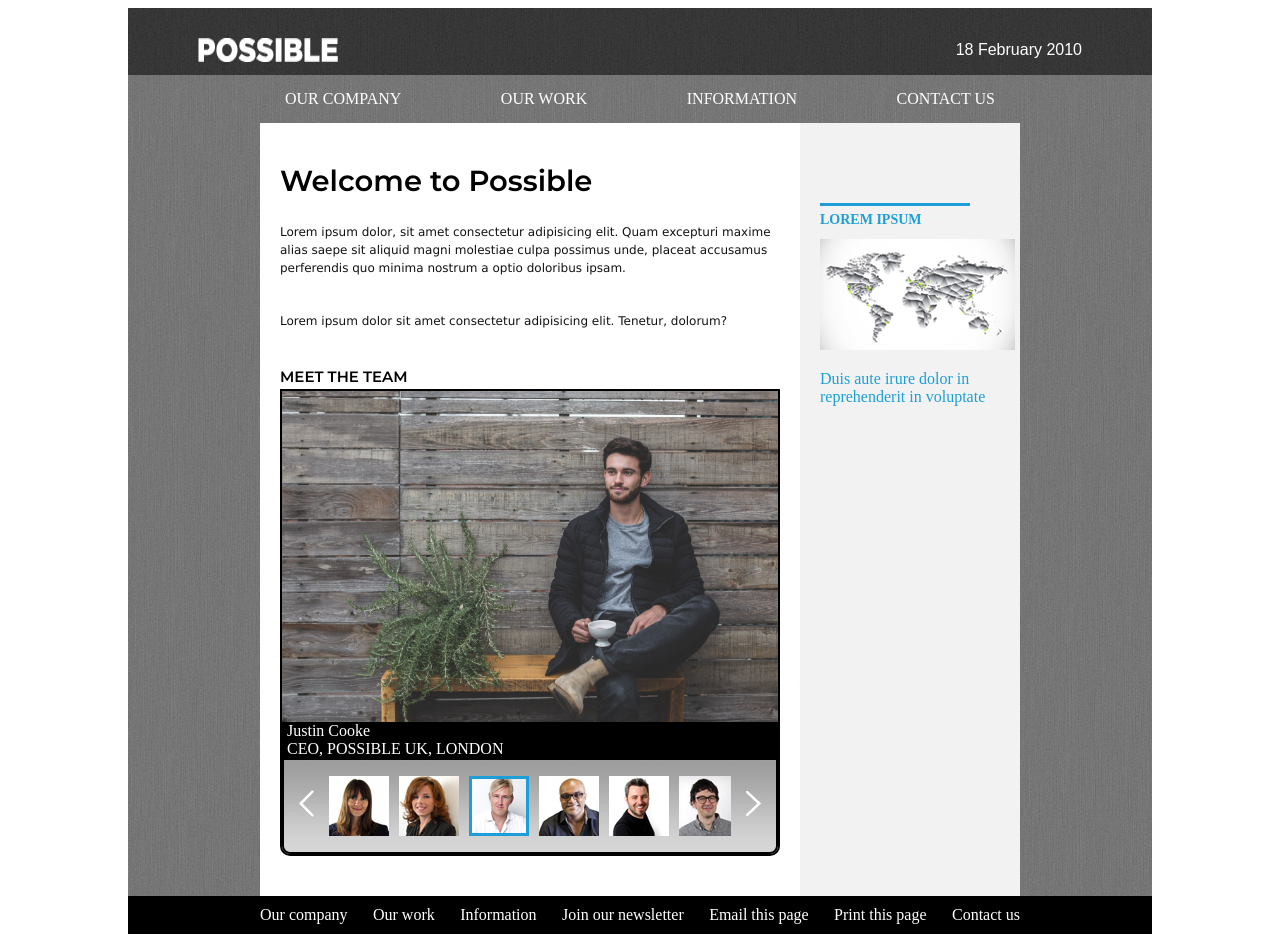
Repository: grzegorzgebala/possible-site
Page: index.html
An editor plug-in stored every save of this project. The page is shown before and after the next save, followed by the edit.
The browser window is 1280 px wide. The pictures show the whole page.
The style sheet was rebuilt from its Sass, Less or Tailwind sources for each picture, by a compiler version that may differ from the author's.

Above is the page before, as saved 2020-02-16 16:59:46.
Console error: TypeError: Cannot read properties of null (reading 'children')

### index.html
<!DOCTYPE html>
<html>
	<head>
        <meta charset="utf-8">
        <link href="https://fonts.googleapis.com/css?family=Montserrat:600&display=swap" rel="stylesheet">
		<link rel="stylesheet" type="text/css" href="css/style.css">
		<title>Possible page</title>
	</head>
	<body>
        <div class="container">
            <header>
                <img src="images/logo.png" alt="possible logo">
                <div class="date">18 February 2010</div>
            </header>
            <nav class="menu">
                <ul>
                    <li>our company</li>
                    <li>our work</li>
                    <li>information</li>
                    <li>contact us</li>
                </ul>
            </nav>
            <div class="mainSite">
                <div class="leftSide">
                    <div class="welcome">Welcome to Possible</div>
                    <article>Lorem ipsum dolor, sit amet consectetur adipisicing elit. Quam excepturi maxime alias saepe sit aliquid magni molestiae culpa possimus unde, placeat accusamus perferendis quo minima nostrum a optio doloribus ipsam.</article>
                    <article>Lorem ipsum dolor sit amet consectetur adipisicing elit. Tenetur, dolorum?</article>
                    <div class="meetTitle">Meet the team</div>
                    <div class="carousel">
                        <img id="big" src="/images/employees/picture1.png" alt="possible logo">
                        <div class="descriptor">
                            <div>Justin Cooke</div>
                            <div>CEO, POSSIBLE UK, LONDON</div>
                        </div>
                        <div class="miniatures">
                            <button onclick="myFunc()" class="leftArrow arrow">
                                <img src="/images/icons/leftArrow.png" alt="leftArrow">
                            </button>
                            <div class="miniaturesContainer">
                                <ul>
                                    <li>
                                        <div class="pictureContainer"></div>
                                        <img src="/images/employees/min1.png" alt="person1">
                                    </li>
                                    <li>
                                        <div class="pictureContainer"></div>
                                        <img id="2" src="/images/employees/min2.png" alt="person2">
                                    </li>
                                    <li>
                                        <div class="activeImg"></div>
                                        <img id="3" src="/images/employees/min3.png" alt="person3">
                                    </li>
                                    <li>
                                        <div class="pictureContainer"></div>
                                        <img id="4" src="/images/employees/min4.png" alt="person4">
                                    </li>
                                    <li>
                                        <div class="pictureContainer"></div>
                                        <img id="5" src="/images/employees/min5.png" alt="person5">
                                    </li>
                                    <li>
                                        <div class="pictureContainer"></div>
                                        <img id="6" src="/images/employees/min6.png" alt="person6">
                                    </li>
                                    <li>
                                        <div class="pictureContainer"></div>
                                        <img src="/images/employees/min7.png" alt="person7">
                                    </li>
                                    <li>
                                        <div class="pictureContainer"></div>
                                        <img src="/images/employees/min8.png" alt="person8">
                                    </li>
                                    <li>
                                        <div class="pictureContainer"></div>
                                        <img src="/images/employees/min9.png" alt="person9">
                                    </li>
                                    <li>
                                        <div class="pictureContainer"></div>
                                        <img src="/images/employees/min10.png" alt="person10">
                                    </li>
                                </ul>
                            </div>
                            <button onclick="myFunc()" class="rightArrow arrow">
                                <img src="/images/icons/rightArrow.png" alt="rightArrow">
                            </button>
                        </div>
                    </div>
                </div>
                <div class="rightSide">
                    <div class="rightTitle">lorem ipsum</div>
                    <img src="/images/map.png" alt="map">
                    <p>Duis aute irure dolor  in reprehenderit in voluptate</p>
                </div>
            </div>
            <footer>
                <ul>
                    <li>our company</li>
                    <li>our work</li>
                    <li>information</li>
                    <li>join our newsletter</li>
                    <li>email this page</li>
                    <li>print this page</li>
                    <li>contact us</li>
                </ul>
            </footer>
        </div>
    </body>
    <script type="text/javascript" src="/js/script.js"></script>
</html>

### js/script.js
// const click1 = document.getElementById("1");
// const click2 = document.getElementById("2");
// const click3 = document.getElementById("3");
// const big = document.getElementById("big");

// click1.addEventListener('click', (click) => {
//     console.log(click);
//     big.setAttribute('src', '/images/employees/picture2.png');
// })

// function myFunc() {
//     console.log('Jestem w myFunc');
//     document.getElementById("big").setAttribute('src', '/images/employees/picture2.png');
// }

const track = document.querySelector('.carouselTrack');
const slides = Array.from(track.children);
const nextButton = document.querySelector('.rightArrow');
const prevButton = document.querySelector('.leftArrow');

const slideWidth = slides[0].getBoundingClientRect().width;
console.log(slideWidth);

slides[0].style.left = slideWidth * 0 + 'px';

// when I click left, move slides to the left
// when I click right move slide to the right

### sass/style.scss
// variables
$menuElementsColor: #ffffff;
$contentElementsColor: #000000;
$footerBackgroundColor: #000000;
$menuHooverColor: #000000;
$activeMenuColor: #1d9ed9;
$sideMenuColor: #1d9ed9;
$fontMenu: "Proxima Nova";
$leftSideBackgroundColor: #ffffff;
$rightSideBackgroundColor: #f2f2f2;
$contentHeaderFont: "Montserrat", sans-serif;;
$contentDescriptionFont: "Verdana";
$contentColor: #121212;

// page style
.container {
    max-width: 1024px;
    margin: 0 auto;
    background-image: url("/images/mainBackground.png");
}

// header style
header {
    background-image: url("/images/backgroundHeader.png");
    display: flex;
    justify-content: space-between;
    padding: 30px 70px 13px 70px;

    .date {
        color: $menuElementsColor;
        // font-size: 12px;
        line-height: 24px;
        font-family: "Arial";
        // font-weight: bold;
    }
}

// menu
.menu ul {
    max-width: 760px;
    margin: 5px auto;
    display: flex;
    justify-content: space-between;
    list-style-type: none;
    color: $menuElementsColor;
    text-transform: uppercase;
    padding: 0;

    :hover {
        background-color: $menuHooverColor;
        color: $activeMenuColor;
        cursor: pointer;
    }

    li {
        padding: 10px 25px;
    }
}

// main content
.mainSite {
    max-width: 760px;
    margin: 0 auto;
    display: flex;
    justify-content: center;
    flex-direction: row;

    .leftSide {
        width: 100%;
        max-width: 500px;
        background-color: $leftSideBackgroundColor;
        padding: 40px 20px;

        .welcome {
            font-family: $contentHeaderFont;
            margin: 0;
            font-size: 29px;
            font-weight: bold;
        }

        article {
            font-family: $contentDescriptionFont;
            font-size: 12px;
            line-height: 18px;
            color: $contentColor;
            margin-top: 25px;
            margin-bottom: 35px;
        }
        .meetTitle {
            font-size: 15px;
            line-height: 24px;
            text-transform: uppercase;
            color: $contentElementsColor;
            font-family: $contentHeaderFont;
        }

        .descriptor {
            background-color: black;
            padding-left: 5px;

            div {
                color: white;
            }
        }

        .carousel {
            display: flex;
            flex-direction: column;
            border: 2px solid black;
            border-bottom-left-radius: 10px;
            border-bottom-right-radius: 10px;

            .miniatures {
                overflow: hidden;
                background-image: url("/images/carouseleBackground.png");
                display: flex;
                // justify-content: space-between;
                // align-items: center;
                // padding: 20px 15px;
                border: 2px solid black;
                border-bottom-left-radius: 8px;
                border-bottom-right-radius: 8px;

                ul {
                    display: flex;
                    // justify-content: space-between;
                    // align-items: center;
                    list-style-type: none;
                    // width: 100%;
                    padding: 0;

                    li {
                        // margin: 0 3px;
                        margin-right: 10px;
                        height: 60px;
                        width: 60px;
                        img {

                            // width: 100%;
                            object-fit: cover;
                        }
                    }
                }

                .pictureContainer {
                    // width: 60px;
                    // height: 60px;
                    // position: absolute;
                    // z-index: 1;
                    // background: black;
                    // opacity: .3;
                }

                .activeImg {
                    position: absolute;
                    z-index: 1;
                    width: 54px;
                    height: 54px;
                    border: 3px solid $sideMenuColor;
                }

                .miniaturesContainer {
                    max-width: 500px;
                    overflow: hidden;
                }

                .arrow {
                    margin: 0 15px;
                }

                button {
                    background: none;
                    color: inherit;
                    border: none;
                    padding: 0;
                    font: inherit;
                    cursor: pointer;
                    outline: inherit;
                }
            }
        }
    }


    .rightSide {
        background-color: $rightSideBackgroundColor;
        width: 40%;
        padding-left: 20px;

        .rightTitle {
            text-transform: uppercase;
            color: $sideMenuColor;
            font-weight: bold;
            font-size: 14px;
            line-height: 18px;
            border-top: 3px solid $sideMenuColor;
            width: 150px;
            margin-top: 80px;
            margin-bottom: 10px;
            padding-top: 5px;
        }

        p {
            color: $sideMenuColor;
        }
    }

}

// footer
footer {
    background: $footerBackgroundColor;
}

footer ul {
    display: flex;
    justify-content: space-between;
    max-width: 760px;
    margin: 0 auto;
    list-style-type: none;
    color: $menuElementsColor;
    background: $footerBackgroundColor;
    padding: 10px;

    :hover {
        color: $activeMenuColor;
        cursor: pointer;
    }

    li::first-letter {
        text-transform: uppercase;
    }
}

After the next save:
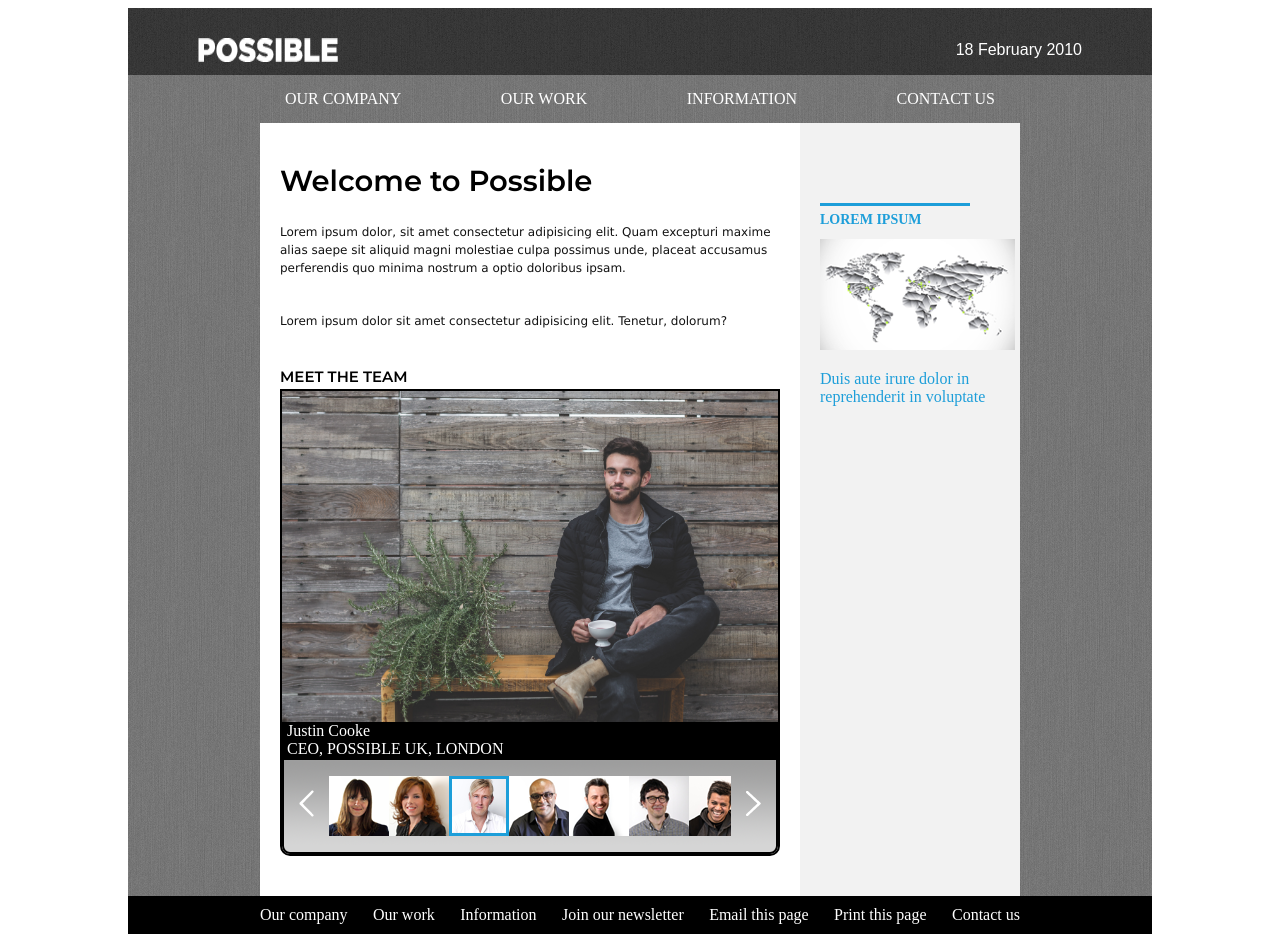
Saved 78 s later.
--- a/sass/style.scss
+++ b/sass/style.scss
@@ -131,7 +131,7 @@ header {
 
                     li {
                         // margin: 0 3px;
-                        margin-right: 10px;
+                        // margin-right: 10px;
                         height: 60px;
                         width: 60px;
                         img {
